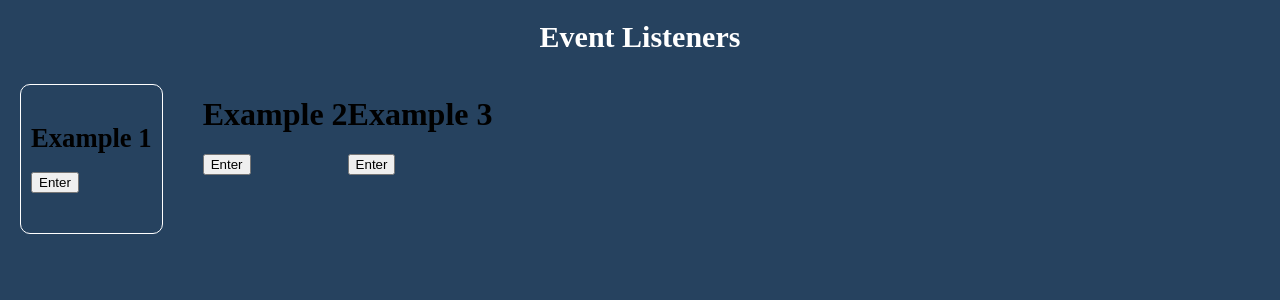
Repository: wakoya-tech/react-project
Page: Desktop/shaakala/ebo/index.html
The author's editor kept a copy of each file at every save. The page is drawn from the files as they stood at one save, then again after the next save.
The browser window is 1280 px wide. The pictures show the whole page.

Above is the page before, as saved 2025-08-29 10:10:15.

After the next save:
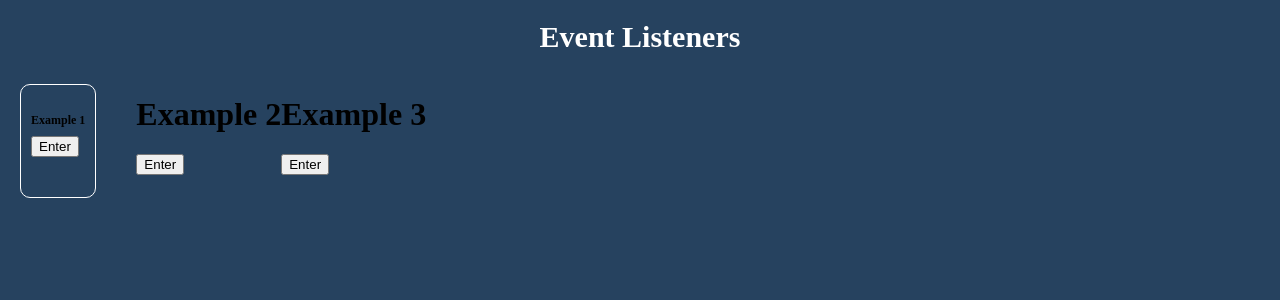
Saved 20 s later.
--- a/Desktop/shaakala/ebo/index.html
+++ b/Desktop/shaakala/ebo/index.html
@@ -25,7 +25,7 @@
 
     }
 .box-1{
-    font-size: smaller;
+    font-size: 6px;
     border: 1px solid white;
     padding: 20px 10px 40px 10px;
     margin: 10px 40px 10px 20px;
